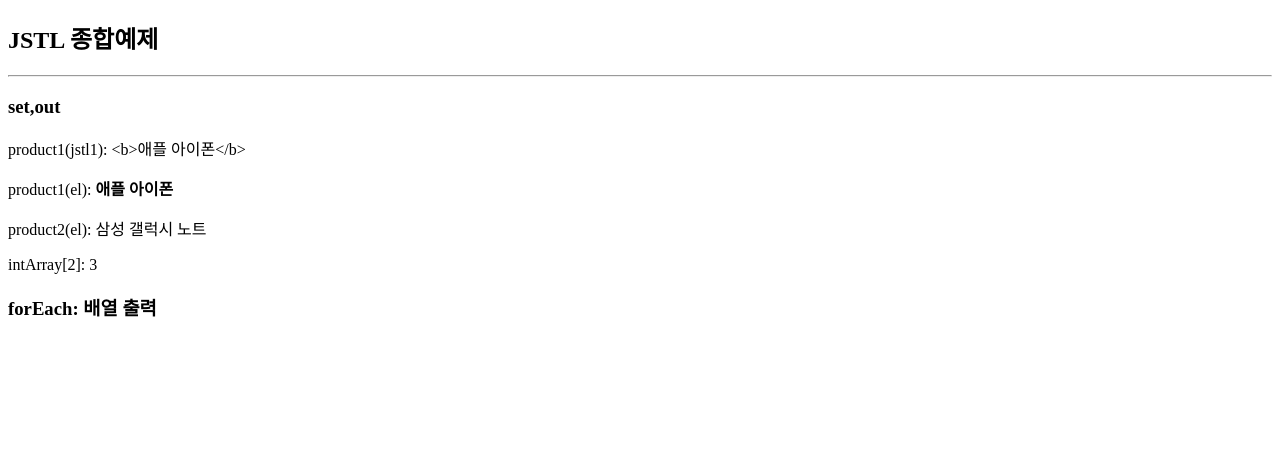
Repository: heezzanggg/JSPWebProgramming
Page: http://localhost/jwbook/ch07/jstlExam.jsp
These files come from the project's save history. The page is drawn as it stood at one moment and after a run of saves; the edit follows.
The browser window is 1280 px wide. The pictures show the whole page.
The page is served by Tomcat 9.

Above is the page before, as saved 2023-03-27 18:20:50.

After the next 3 saves:
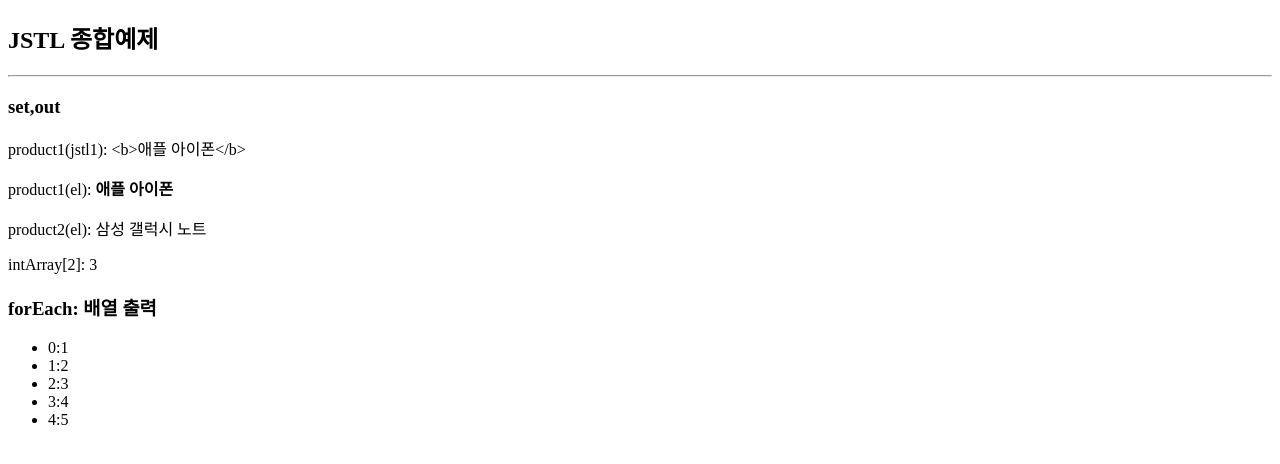
The 3 saves are shown as one change because 2 did not build or start.
The last was saved 108 s later.
--- a/JSPWebProgramming/jwbook/src/main/webapp/ch07/jstlExam.jsp
+++ b/JSPWebProgramming/jwbook/src/main/webapp/ch07/jstlExam.jsp
@@ -27,5 +27,10 @@
 
 	<!-- forEach -->
 	<h3>forEach: 배열 출력</h3>
+	<ul>
+		<c:forEach var="num" varStatus="i" items="${intArray}">
+			<li>${i.index}:${num}</li>
+		</c:forEach>
+	</ul>
 </body>
 </html>
